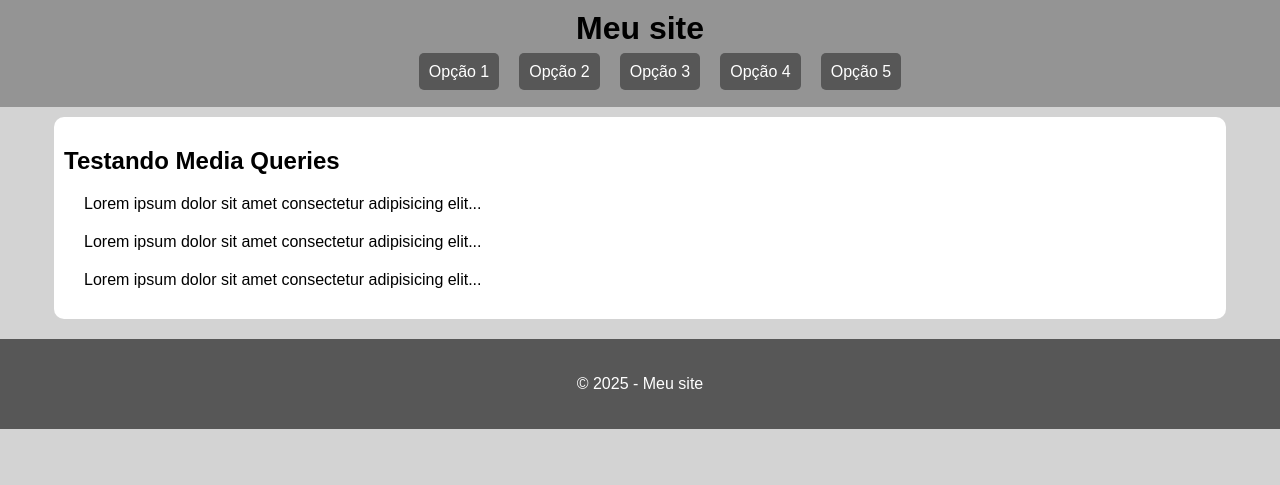
Repository: Sandro1969-tech/menu-hamburger
Page: index.html
These files come from the project's save history. The page is drawn as it stood at one moment and after a run of saves; the edit follows.
The browser window is 1280 px wide. The pictures show the whole page.

Above is the page before, as saved 2025-12-25 19:39:54.

### index.html
<!DOCTYPE html>
<html lang="pt-br">
<head>
  <meta charset="UTF-8">
  <meta name="viewport" content="width=device-width, initial-scale=1.0">
  <title>Menu Responsivo</title>
  <style>
    body {
      margin: 0;
      font-family: Arial, sans-serif;
      background-color: lightgrey;
    }

    header {
      background-color: rgb(148, 148, 148);
      padding: 10px;
      text-align: center;
    }

    header h1 {
      margin: 0;
    }

    /* Ícone do menu */
    .menu-icon {
      display: none; /* escondido em telas grandes */
      width: 40px;
      cursor: pointer;
      margin: 10px auto;
    }

    /* Menu padrão em telas grandes */
    #menu {
      display: block;
    }

    #menu ul {
      list-style: none;
      margin: 0;
      padding: 0;
      display: flex; /* horizontal */
      justify-content: center;
    }

    #menu li {
      margin: 0 10px;
    }

    #menu a {
      text-decoration: none;
      color: white;
      background-color: rgb(87,87,87);
      padding: 10px;
      border-radius: 5px;
    }

    #menu a:hover {
      background-color: rgba(119, 136, 153, 0.459);
    }

    /* Responsivo: telas pequenas */
    @media (max-width: 768px) {
      .menu-icon {
        display: block; /* aparece o ícone */
      }

      #menu {
        display: none; /* menu escondido por padrão */
      }

      #menu ul {
        flex-direction: column; /* vertical */
      }

      #menu li {
        margin: 5px 0;
      }

      #menu.show {
        display: block; /* aparece quando clicado */
      }
    }

    main {
      width: 90vw;
      background-color: white;
      margin: auto;
      margin-top: 10px;
      padding: 10px;
      border-radius: 10px;
    }

    article p {
      text-align: justify;
      margin-bottom: 20px;
      text-indent: 20px;
    }

    footer {
      background-color: rgb(87,87,87);
      color: white;
      text-align: center;
      padding: 20px;
      margin-top: 20px;
    }
  </style>
</head>
<body>
  <header>
    <h1>Meu site</h1>
    <!-- Ícone do menu -->
    <img src="image/iconmenu.png" alt="Menu" class="menu-icon" onclick="clickMenu()">

    <!-- Menu -->
    <menu id="menu">
      <ul>
        <li><a href="#">Opção 1</a></li>
        <li><a href="#">Opção 2</a></li>
        <li><a href="#">Opção 3</a></li>
        <li><a href="#">Opção 4</a></li>
        <li><a href="#">Opção 5</a></li>
      </ul>
    </menu>
  </header>

  <main>
    <article>
      <h2>Testando Media Queries</h2>
      <p>Lorem ipsum dolor sit amet consectetur adipisicing elit...</p>
      <p>Lorem ipsum dolor sit amet consectetur adipisicing elit...</p>
      <p>Lorem ipsum dolor sit amet consectetur adipisicing elit...</p>
    </article>
  </main>

  <footer>
    <p>© 2025 - Meu site</p>
  </footer>

  <!-- JavaScript -->
  <script>
    function clickMenu() {
      const menu = document.getElementById('menu');
      menu.classList.toggle('show');
    }
  </script>
</body>
</html>

After the next 2 saves:
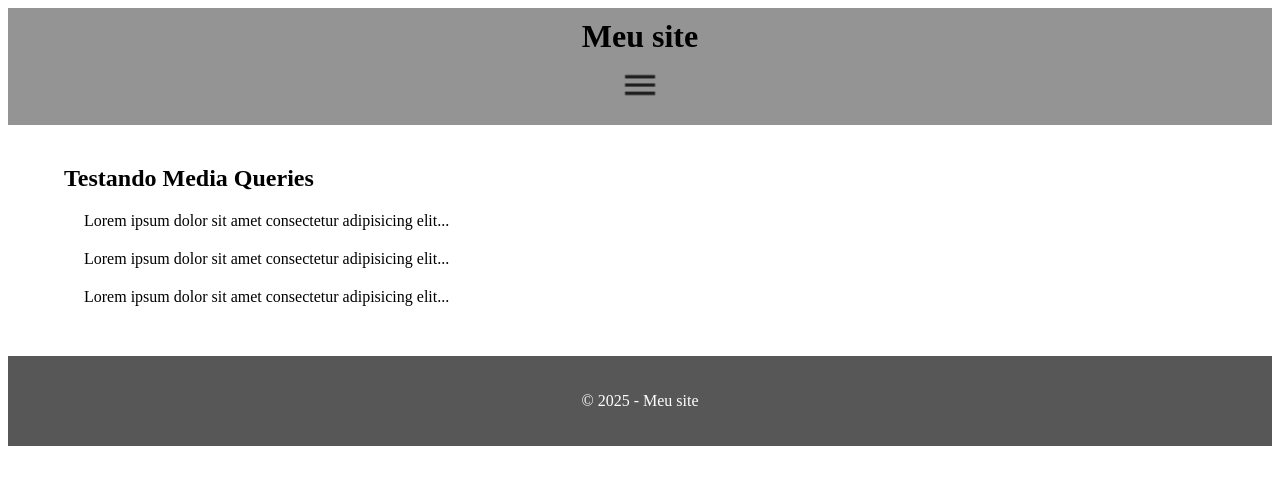
The 2 saves are shown as one change because they came seconds apart.
The last was saved 76 s later.
--- a/index.html
+++ b/index.html
@@ -3,82 +3,49 @@
 <head>
   <meta charset="UTF-8">
   <meta name="viewport" content="width=device-width, initial-scale=1.0">
-  <title>Menu Responsivo</title>
+  <title>Media Queries</title>
   <style>
-    body {
-      margin: 0;
-      font-family: Arial, sans-serif;
-      background-color: lightgrey;
+    .menu-icon {
+      display: block;
+      margin: 10px auto;
+      width: 40px;
+      cursor: pointer;
     }
-
+    .menu-icon:hover {
+      filter: invert(100%);
+    }
     header {
       background-color: rgb(148, 148, 148);
       padding: 10px;
       text-align: center;
     }
-
     header h1 {
       margin: 0;
     }
 
-    /* Ícone do menu */
-    .menu-icon {
-      display: none; /* escondido em telas grandes */
-      width: 40px;
-      cursor: pointer;
-      margin: 10px auto;
+    /* Menu escondido por padrão */
+    #menu {
+      display: none;
     }
 
-    /* Menu padrão em telas grandes */
-    #menu {
-      display: block;
+    menu > ul {
+      list-style-type: none;
+      margin: 0;
+      padding: 0;
     }
 
-    #menu ul {
-      list-style: none;
-      margin: 0;
-      padding: 0;
-      display: flex; /* horizontal */
-      justify-content: center;
+    menu a {
+      display: block;
+      padding: 10px;
+      text-decoration: none;
+      background-color: rgb(87,87,87);
+      text-align: center;
+      color: white;
+      border-top: 2px solid grey;
     }
 
-    #menu li {
-      margin: 0 10px;
-    }
-
-    #menu a {
-      text-decoration: none;
-      color: white;
-      background-color: rgb(87,87,87);
-      padding: 10px;
-      border-radius: 5px;
-    }
-
-    #menu a:hover {
+    menu > ul > li:hover a {
       background-color: rgba(119, 136, 153, 0.459);
-    }
-
-    /* Responsivo: telas pequenas */
-    @media (max-width: 768px) {
-      .menu-icon {
-        display: block; /* aparece o ícone */
-      }
-
-      #menu {
-        display: none; /* menu escondido por padrão */
-      }
-
-      #menu ul {
-        flex-direction: column; /* vertical */
-      }
-
-      #menu li {
-        margin: 5px 0;
-      }
-
-      #menu.show {
-        display: block; /* aparece quando clicado */
-      }
     }
 
     main {
@@ -90,7 +57,7 @@
       border-radius: 10px;
     }
 
-    article p {
+    article > p {
       text-align: justify;
       margin-bottom: 20px;
       text-indent: 20px;
@@ -108,10 +75,10 @@
 <body>
   <header>
     <h1>Meu site</h1>
-    <!-- Ícone do menu -->
+    <!-- Ícone chama a função -->
     <img src="image/iconmenu.png" alt="Menu" class="menu-icon" onclick="clickMenu()">
 
-    <!-- Menu -->
+    <!-- Menu com lista -->
     <menu id="menu">
       <ul>
         <li><a href="#">Opção 1</a></li>
@@ -136,11 +103,15 @@
     <p>© 2025 - Meu site</p>
   </footer>
 
-  <!-- JavaScript -->
+  <!-- Script no final -->
   <script>
     function clickMenu() {
       const menu = document.getElementById('menu');
-      menu.classList.toggle('show');
+      if (menu.style.display === 'block') {
+        menu.style.display = 'none';
+      } else {
+        menu.style.display = 'block';
+      }
     }
   </script>
 </body>
